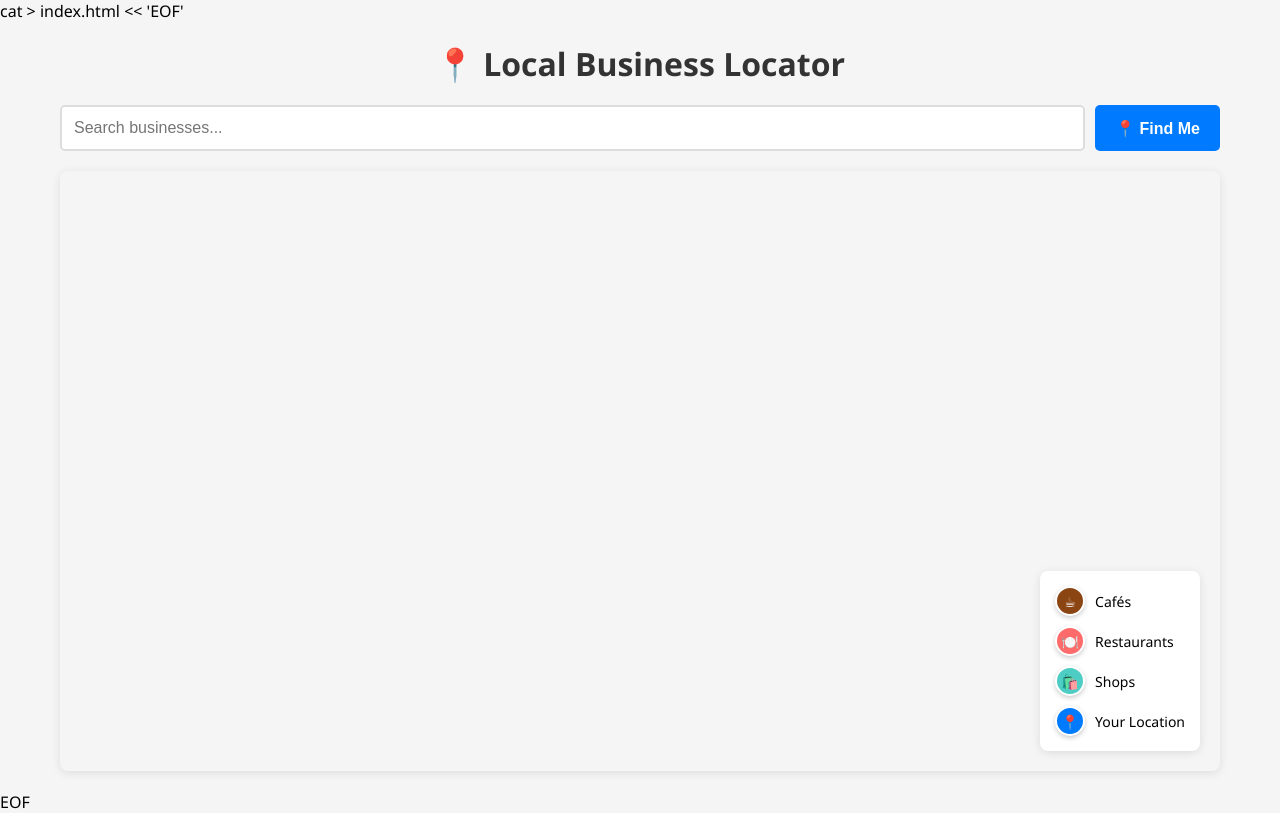
Repository: berkebzt/business-locator-pro
Page: index.html
The author's editor kept a copy of each file at every save. The page is drawn from the files as they stood at one save, then again after the next save.
The browser window is 1280 px wide. The pictures show the whole page.

Above is the page before, as saved 2025-10-19 20:25:51.
Console error: ReferenceError: cat is not defined

### index.html
cat > index.html << 'EOF'
<!DOCTYPE html>
<html lang="en">
<head>
  <meta charset="UTF-8">
  <meta name="viewport" content="width=device-width, initial-scale=1.0">
  <title>Business Locator</title>
  <link rel="stylesheet" href="https://unpkg.com/leaflet@1.9.4/dist/leaflet.css" />
  <link rel="stylesheet" href="style.css">
</head>
<body>
  <div class="container">
    <h1>📍 Local Business Locator</h1>
    <div class="search-bar">
      <input type="text" id="searchBox" placeholder="Search businesses...">
      <button id="locateBtn">📍 Find Me</button>
    </div>
    <div id="map">
      <div class="legend">
        <div class="legend-item">
          <div class="legend-color" style="background-color: #8B4513;">☕</div>
          <span>Cafés</span>
        </div>
        <div class="legend-item">
          <div class="legend-color" style="background-color: #FF6B6B;">🍽️</div>
          <span>Restaurants</span>
        </div>
        <div class="legend-item">
          <div class="legend-color" style="background-color: #4ECDC4;">🛍️</div>
          <span>Shops</span>
        </div>
        <div class="legend-item">
          <div class="legend-color" style="background-color: #007bff;">📍</div>
          <span>Your Location</span>
        </div>
      </div>
    </div>
  </div>

  <script src="https://unpkg.com/leaflet@1.9.4/dist/leaflet.js"></script>
  <script src="app.js"></script>
</body>
</html>
EOF

### style.css
* {
  margin: 0;
  padding: 0;
  box-sizing: border-box;
}

body {
  font-family: 'Segoe UI', Tahoma, Geneva, Verdana, sans-serif;
  background: #f5f5f5;
}

.container {
  max-width: 1200px;
  margin: 0 auto;
  padding: 20px;
}

h1 {
  text-align: center;
  margin-bottom: 20px;
  color: #333;
}

.search-bar {
  display: flex;
  gap: 10px;
  margin-bottom: 20px;
}

#searchBox {
  flex: 1;
  padding: 12px;
  border: 2px solid #ddd;
  border-radius: 5px;
  font-size: 16px;
}

#searchBox:focus {
  outline: none;
  border-color: #007bff;
}

#locateBtn {
  padding: 12px 20px;
  background-color: #007bff;
  color: white;
  border: none;
  border-radius: 5px;
  cursor: pointer;
  font-size: 16px;
  font-weight: bold;
  transition: background-color 0.3s;
}

#locateBtn:hover {
  background-color: #0056b3;
}

#map {
  height: 600px;
  border-radius: 8px;
  box-shadow: 0 2px 10px rgba(0,0,0,0.1);
  position: relative;
}

.legend {
  background: white;
  padding: 15px;
  border-radius: 8px;
  box-shadow: 0 2px 10px rgba(0,0,0,0.1);
  font-size: 14px;
  position: absolute;
  bottom: 20px;
  right: 20px;
  z-index: 1000;
}

.legend-item {
  display: flex;
  align-items: center;
  margin-bottom: 10px;
}

.legend-item:last-child {
  margin-bottom: 0;
}

.legend-color {
  width: 30px;
  height: 30px;
  border-radius: 50%;
  margin-right: 10px;
  display: flex;
  align-items: center;
  justify-content: center;
  color: white;
  font-size: 14px;
  border: 2px solid white;
  box-shadow: 0 2px 5px rgba(0,0,0,0.2);
}

### app.js
cat > app.js << 'EOF'
const map = L.map('map').setView([51.505, -0.09], 13);

L.tileLayer('https://tile.openstreetmap.de/tiles/osmde/{z}/{x}/{y}.png', {
  attribution: '© OpenStreetMap contributors',
  maxZoom: 19
}).addTo(map);

const businesses = [
  { name: 'Coffee Shop A', lat: 51.5, lng: -0.09, type: 'café' },
  { name: 'Pizza Place B', lat: 51.51, lng: -0.1, type: 'restaurant' },
  { name: 'Bookstore C', lat: 51.49, lng: -0.08, type: 'shop' },
  { name: 'Thai Restaurant', lat: 51.505, lng: -0.08, type: 'restaurant' },
  { name: 'Bakery D', lat: 51.495, lng: -0.095, type: 'café' }
];

let userLocation = null;

const iconConfig = {
  'café': { color: '#8B4513', emoji: '☕' },
  'restaurant': { color: '#FF6B6B', emoji: '🍽️' },
  'shop': { color: '#4ECDC4', emoji: '🛍️' }
};

function getIcon(type) {
  const config = iconConfig[type] || { color: '#3388ff', emoji: '📍' };
  return L.divIcon({
    html: `<div style="background-color: ${config.color}; width: 40px; height: 40px; border-radius: 50%; display: flex; align-items: center; justify-content: center; color: white; font-size: 20px; border: 3px solid white; box-shadow: 0 2px 5px rgba(0,0,0,0.3);">${config.emoji}</div>`,
    iconSize: [40, 40],
    className: 'custom-icon'
  });
}

function calculateDistance(lat1, lng1, lat2, lng2) {
  const R = 6371;
  const dLat = (lat2 - lat1) * Math.PI / 180;
  const dLng = (lng2 - lng1) * Math.PI / 180;
  const a = Math.sin(dLat/2) * Math.sin(dLat/2) +
            Math.cos(lat1 * Math.PI / 180) * Math.cos(lat2 * Math.PI / 180) *
            Math.sin(dLng/2) * Math.sin(dLng/2);
  const c = 2 * Math.atan2(Math.sqrt(a), Math.sqrt(1-a));
  return (R * c).toFixed(2);
}

let markerGroup = L.layerGroup().addTo(map);
let userMarker = null;

function displayMarkers(data) {
  markerGroup.clearLayers();

  data.forEach(business => {
    let popupText = `<b>${business.name}</b><br><span style="color: #666;">${business.type}</span>`;

    if (userLocation) {
      const distance = calculateDistance(userLocation.lat, userLocation.lng, business.lat, business.lng);
      popupText += `<br><span style="color: #007bff;"><strong>${distance} km away</strong></span>`;
    }

    const marker = L.marker([business.lat, business.lng], {
      icon: getIcon(business.type)
    }).bindPopup(popupText);
    markerGroup.addLayer(marker);
  });
}

displayMarkers(businesses);

function getUserLocation() {
  if (navigator.geolocation) {
    navigator.geolocation.getCurrentPosition(
      (position) => {
        const lat = position.coords.latitude;
        const lng = position.coords.longitude;

        userLocation = { lat, lng };
        map.setView([lat, lng], 15);

        if (userMarker) map.removeLayer(userMarker);
        userMarker = L.circleMarker([lat, lng], {
          radius: 8,
          fillColor: '#007bff',
          color: '#fff',
          weight: 2,
          opacity: 1,
          fillOpacity: 0.8
        }).bindPopup('📍 Your Location').addTo(map);

        displayMarkers(businesses);
      },
      (error) => {
        console.log('Location error:', error.message);
      }
    );
  }
}

getUserLocation();

document.getElementById('searchBox').addEventListener('keyup', (e) => {
  const query = e.target.value.toLowerCase();

  if (query === '') {
    displayMarkers(businesses);
  } else {
    const filtered = businesses.filter(b =>
      b.name.toLowerCase().includes(query) ||
      b.type.toLowerCase().includes(query)
    );
    displayMarkers(filtered);
  }
});

document.getElementById('locateBtn').addEventListener('click', getUserLocation);
EOF

After the next save:
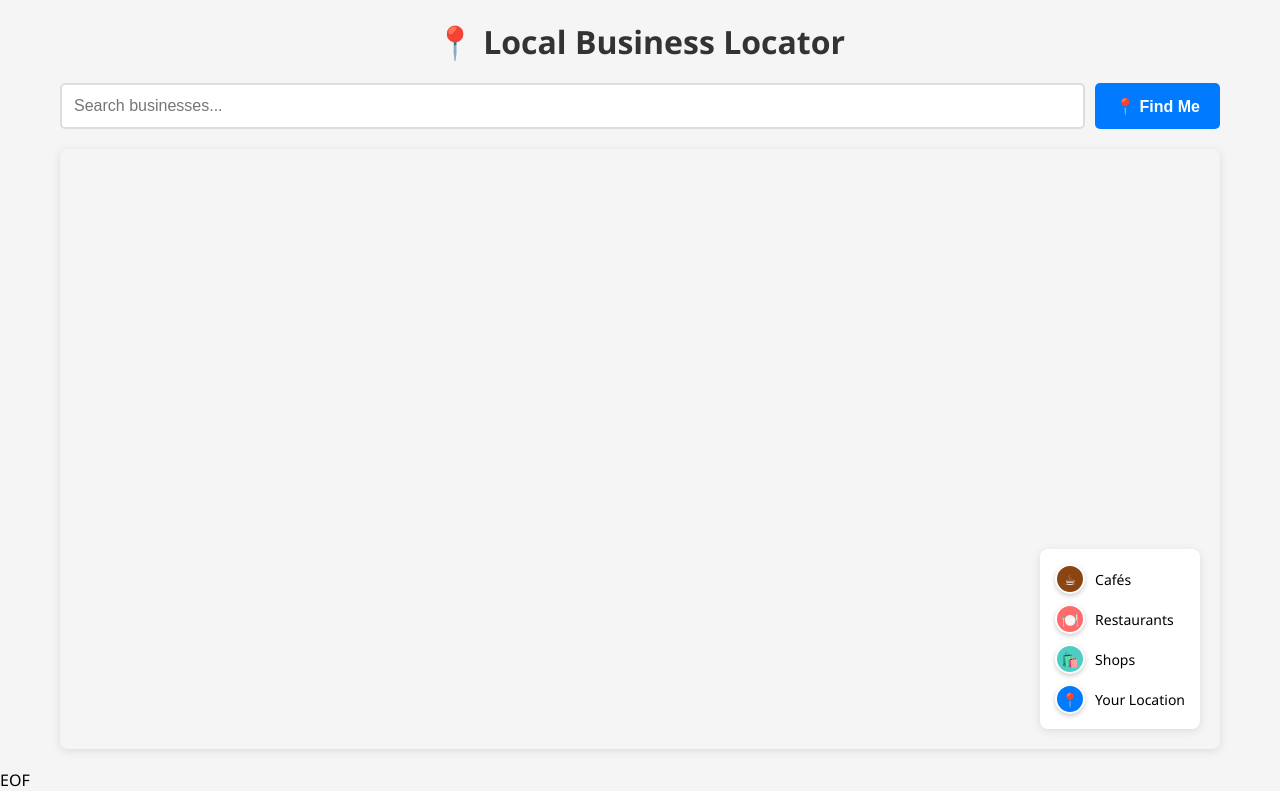
Saved 29 s later.
--- a/index.html
+++ b/index.html
@@ -1,4 +1,3 @@
-cat > index.html << 'EOF'
 <!DOCTYPE html>
 <html lang="en">
 <head>
